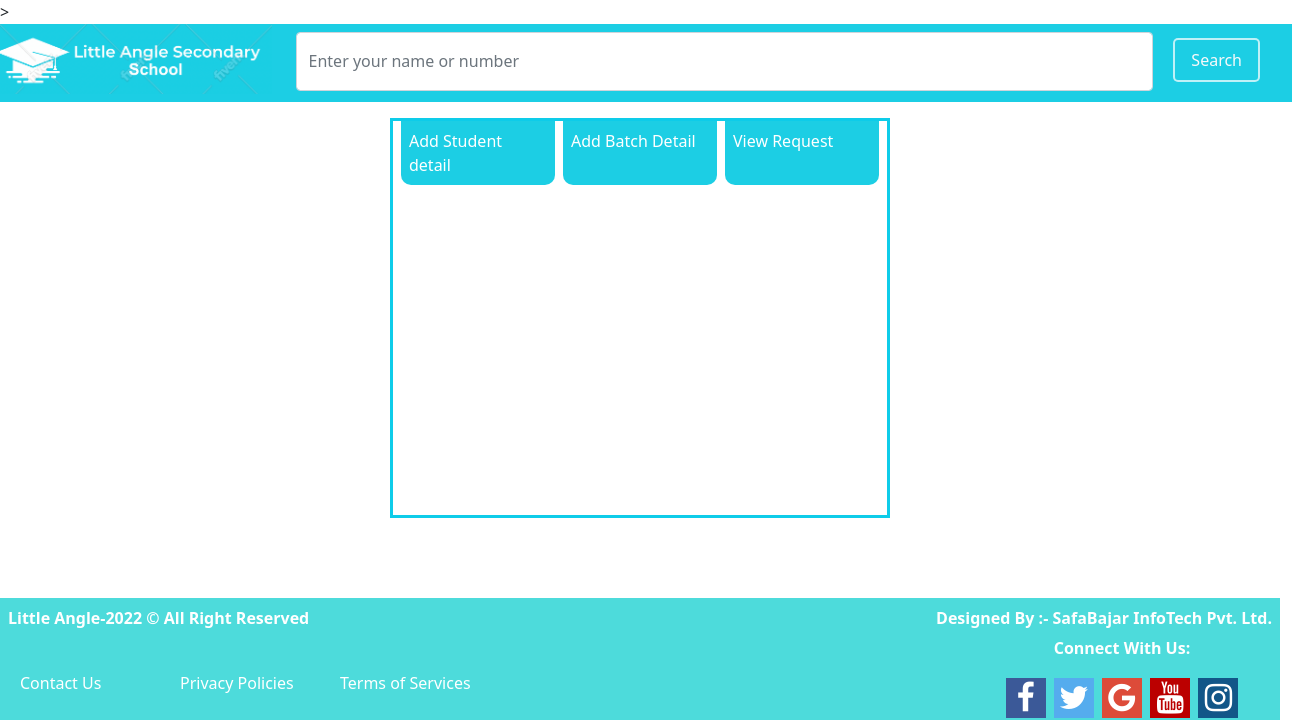
Repository: Sjuicyy/School-Project
Page: home2.html
An editor plug-in stored every save of this project. The page is shown before and after a run of saves, followed by the edit.
The browser window is 1280 px wide. The page is 1292 px wide, so the pictures cover 1292 px, including what lies to the right of the window. The pictures show the whole page.

Above is the page before, as saved 2022-09-18 14:37:24.

### home2.html
<!doctype html>
<html lang="en">

<head>
    <!-- Required meta tags -->
    <meta charset="utf-8">
    <meta name="viewport" content="width=device-width, initial-scale=1">

    <!-- Bootstrap CSS -->
    <link href="https://cdn.jsdelivr.net/npm/bootstrap@5.0.2/dist/css/bootstrap.min.css" rel="stylesheet"
        integrity="sha384-EVSTQN3/azprG1Anm3QDgpJLIm9Nao0Yz1ztcQTwFspd3yD65VohhpuuCOmLASjC" crossorigin="anonymous">

    <link rel="stylesheet" href="https://cdnjs.cloudflare.com/ajax/libs/font-awesome/4.7.0/css/font-awesome.min.css">


    <style>
        .row0 div {
            width: auto;
            display: flex;
        }

        .img {
            height: 70px;
            width: 100%;
        }


        .btn1:hover {
            background-color: rgb(38, 178, 196);
        }


        .modalfloat {
            border: 3px solid rgb(14, 204, 233);
            margin: auto;
            width: 500px;
            min-height: 400px;
        }

        .addbtn:hover {
            background-color: rgba(20, 192, 219, 0.576);
        }
        .footer {
            background-color: rgb(77, 219, 219);
            color: rgb(255, 255, 255);
        }
        .footer::-webkit-scrollbar {
            display: none;
        }
        .fb {

            width: 160px
        }

        .fa {
            font-size: xx-large;
            padding: 4px;
            margin: 2px;
            width: 40px;
            text-decoration: none;
        }

        .fa-facebook {
            background: #3B5998;
            color: white;
        }

        .fa-twitter {
            background: #55ACEE;
            color: white;
        }

        .fa-google {
            background: #dd4b39;
            color: white;
        }

        .fa-youtube {
            background: #bb0000;
            color: white;
        }

        .fa-instagram {
            background: #125688;
            color: white;
        }

        .bd {
            border: 1px solid rgb(14, 204, 233);
        }

        .color {
            background-color: rgb(28, 206, 228);
        }

        .btn1 {
            margin: 20px;
            margin-top: 14px;
            border: 2px solid rgba(255, 255, 255, 0.715);
            border-radius: 5px;
        }

        a {
            text-decoration: none;
            color: white;
        }

        a:hover {
            color: rgb(10, 15, 57);
        }

        .action_border {
            border-bottom-right-radius: 10px;
            border-bottom-left-radius: 10px;
        }
        .action_border1 {
            border-top-right-radius: 10px;
            border-top-left-radius: 10px;
        }

        [id^=modal] {
            display: none;
        }

        #modal1:target {
            display: block;
        }

        #modal2:target {
            display: block;
        }
    </style>
    <title>Little Angle School</title>
</head>

<body <body class="d-flex flex-column min-vh-100"></body>>
    <!-- heading start -->
        <div class="row row0 color">
            <div class="col-3">
                <a href="pages.html">
                    <img class="img" src="/school.png" alt="">
                </a>
            </div>
            <div class="col">
                <input class="form-control mt-2 h-75 " type="search" placeholder="Enter your name or number "
                    aria-label="Search">
                <button class="btn1 color  text-light px-3 p-2" type="submit">Search</button>
                </form>
            </div>
        </div>

        <!-- heading end -->

        <!-- modal body start -->

        <!-- action start  -->

        <form class="modalfloat mt-3">
            <div class="row mx-1 ">
                <div class="col p-2 mx-1 text-light color action_border"><a href="#modal1">Add Student detail</a></div>
                <div class="col p-2 mx-1 text-light color action_border"><a href="#modal2">Add Batch Detail</a></div>
                <div class="col p-2 mx-1 text-light color action_border"><a href="">View Request</a></div>
            </div>




            <!-- action end  -->


            <!-- modal 1 start  -->


            <div id="modal1">
                <div class="m-3">
                    <div>
                        <p class="h2 p-1 text-light color action_border1">Add Student name</p>
                    </div>
                    <div>
                        <label for="name" class="form-label float-start">ID</label>
                        <input type="number" class="form-control" name="Id" id="id">
                    </div>
                    <div class="col-12">
                        <label for="name" class="form-label float-start">Full Name</label>
                        <input type="text" class="form-control" id="name">
                    </div>
                    <div class="col-md-12">
                        <label for="class" class="form-label float-start">Class</label>
                        <input type="number" class="form-control" id="class">
                    </div>
                    <div class="col-md-12">
                        <label for="email" class="form-label float-start">Email</label>
                        <input type="email" class="form-control" id="email">
                    </div>
                    <div class="col-12">
                        <label for="gname" class="form-label float-start">Guardian Name</label>
                        <input type="text" class="form-control" id="guardianname">
                    </div>
                    <div class="col-12">
                        <label for="address" class="form-label float-start">Address</label>
                        <input type="text" class="form-control" id="inputAddress" placeholder="Lagankhel-5, Lalitpur">
                    </div>
                    <div class="col-1 mt-4">
                        <input type="file" id="photo" name="photo" accept="image/*">
                    </div>
                    <div class="col-md-6 mt-3">
                        <label for="dob" class="form-label float-start">Date of Birth</label>
                        <input type="date" class="form-control" id="dob">
                    </div>

                    <div class="col-12">
                        <div class="form-check">
                            <button type="submit" class="btn btn-primary col-12 mt-3 color addbtn p-2">Add</button>
                        </div>
                    </div>
                </div>
            </div>




            <!-- modal 1 end  -->



            <!-- modal2 start -->


            <div id="modal2">
                <div class="m-3">

                    <div>
                        <p class="h2 p-1 text-light color action_border1">Add Batch Detail</p>

                    </div>
                    <div class="col-12 ">
                        <label for="name" class="form-label float-start">ID</label>
                        <input type="number" class="form-control" id="id" placeholder="">
                    </div>
                    <div class="col-md-12">
                        <label for="name" class="form-label float-start">Full Name</label>
                        <input type="text" class="form-control" id="name">
                    </div>
                    <div class="col-md-12">
                        <label for="email" class="form-label float-start">Email</label>
                        <input type="email" class="form-control" id="email">
                    </div>
                    <div class="col-12">
                        <label for="gname" class="form-label float-start">Passed Year</label>
                        <input type="text" class="form-control" id="guardianname">
                    </div>
                    <div class="col-12">
                        <div class="form-check">
                            <button type="submit" class="btn btn-primary col-12 mt-3 color addbtn p-2">Add</button>
                        </div>
                    </div>
                </div>
            </div>


            <!-- modal 2 end -->

        </form>

        <!-- footer start -->

    <div class="footer mt-2 w-100 b-0">
        <div class="row ">
            <div class="col mx-2 mt-2" style="text-align:left"> <b>Little Angle-2022 © All Right Reserved</b> </div>
            <div class="col mx-2 mt-2" style="text-align:right">
                <p> <b>Designed By :- SafaBajar InfoTech Pvt. Ltd.</b> </p>
            </div>
        </div>
        <div class="row mx-2">
            <div class="col-2  fb" style="text-align:left;margin-top:25px">Contact Us</div>
            <div class="col-2  fb" style="text-align:left;margin-top:25px">Privacy Policies</div>
            <div class="col-2  fb" style="text-align:left;margin-top:25px">Terms of Services</div>
            <div class="col  fb" style="text-align:left"></div>
            <div class="col-6 fb" style="text-align:center;width:300px">
                <p style="margin-top: -10px;"> <b>Connect With Us:</b> </p>
                <a href="https:/.facebook.com/search/top?q=safabazar%20private%20limited" class="fa fa-facebook"
                    style="text-align:center;margin-top:-10px"></a>
                <a href="#" class="fa fa-twitter"></a>
                <a href="#" class="fa fa-google"></a>
                <a href="#" class="fa fa-youtube"></a>
                <a href="#" class="fa fa-instagram"></a>
            </div>
        </div>
</div>

    </div>












    <!-- Optional JavaScript; choose one of the two! -->

    <!-- Option 1: Bootstrap Bundle with Popper -->
    <script src="https://cdn.jsdelivr.net/npm/bootstrap@5.0.2/dist/js/bootstrap.bundle.min.js"
        integrity="sha384-MrcW6ZMFYlzcLA8Nl+NtUVF0sA7MsXsP1UyJoMp4YLEuNSfAP+JcXn/tWtIaxVXM"
        crossorigin="anonymous"></script>

    <!-- Option 2: Separate Popper and Bootstrap JS -->
    <!--
    <script src="https://cdn.jsdelivr.net/npm/@popperjs/core@2.9.2/dist/umd/popper.min.js" integrity="sha384-IQsoLXl5PILFhosVNubq5LC7Qb9DXgDA9i+tQ8Zj3iwWAwPtgFTxbJ8NT4GN1R8p" crossorigin="anonymous"></script>
    <script src="https://cdn.jsdelivr.net/npm/bootstrap@5.0.2/dist/js/bootstrap.min.js" integrity="sha384-cVKIPhGWiC2Al4u+LWgxfKTRIcfu0JTxR+EQDz/bgldoEyl4H0zUF0QKbrJ0EcQF" crossorigin="anonymous"></script>
    -->
</body>

</html>

After the next 2 saves:
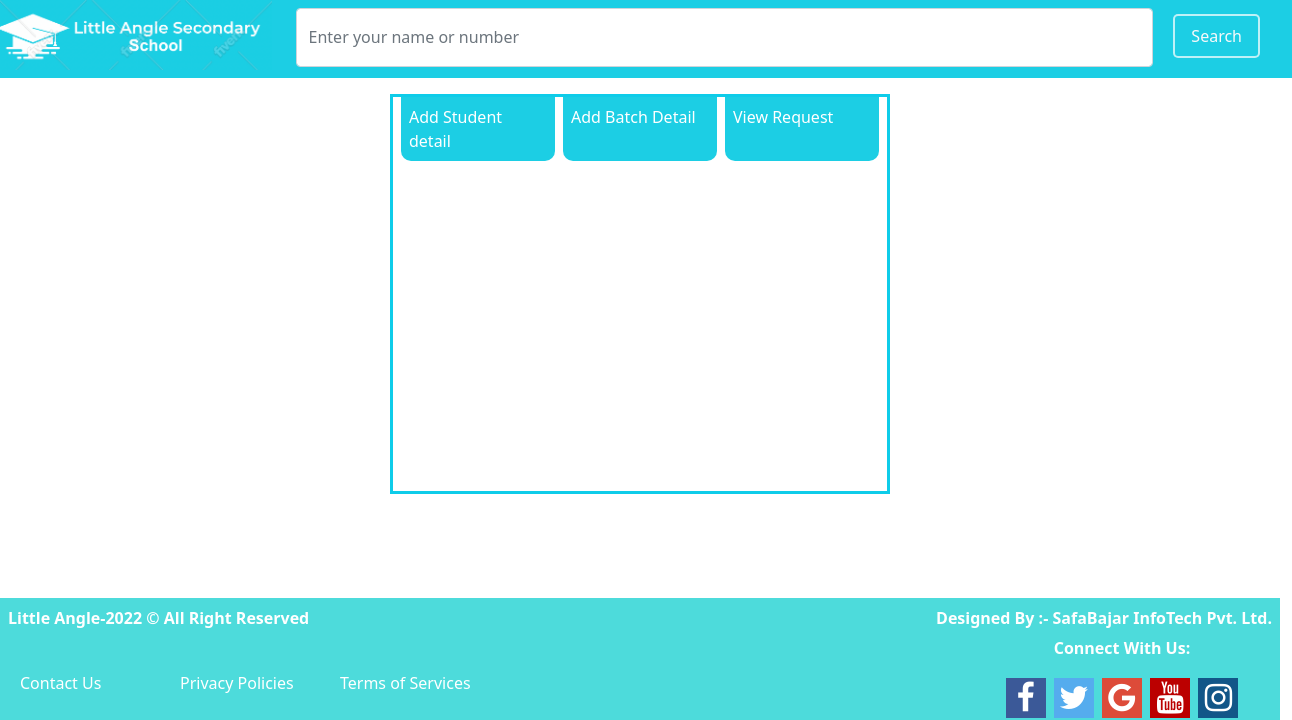
The 2 saves are shown as one change because they came seconds apart.
The last was saved 10 s later.
--- a/home2.html
+++ b/home2.html
@@ -133,7 +133,7 @@
     <title>Little Angle School</title>
 </head>
 
-<body <body class="d-flex flex-column min-vh-100"></body>>
+<body class="d-flex flex-column min-vh-100">
     <!-- heading start -->
         <div class="row row0 color">
             <div class="col-3">
